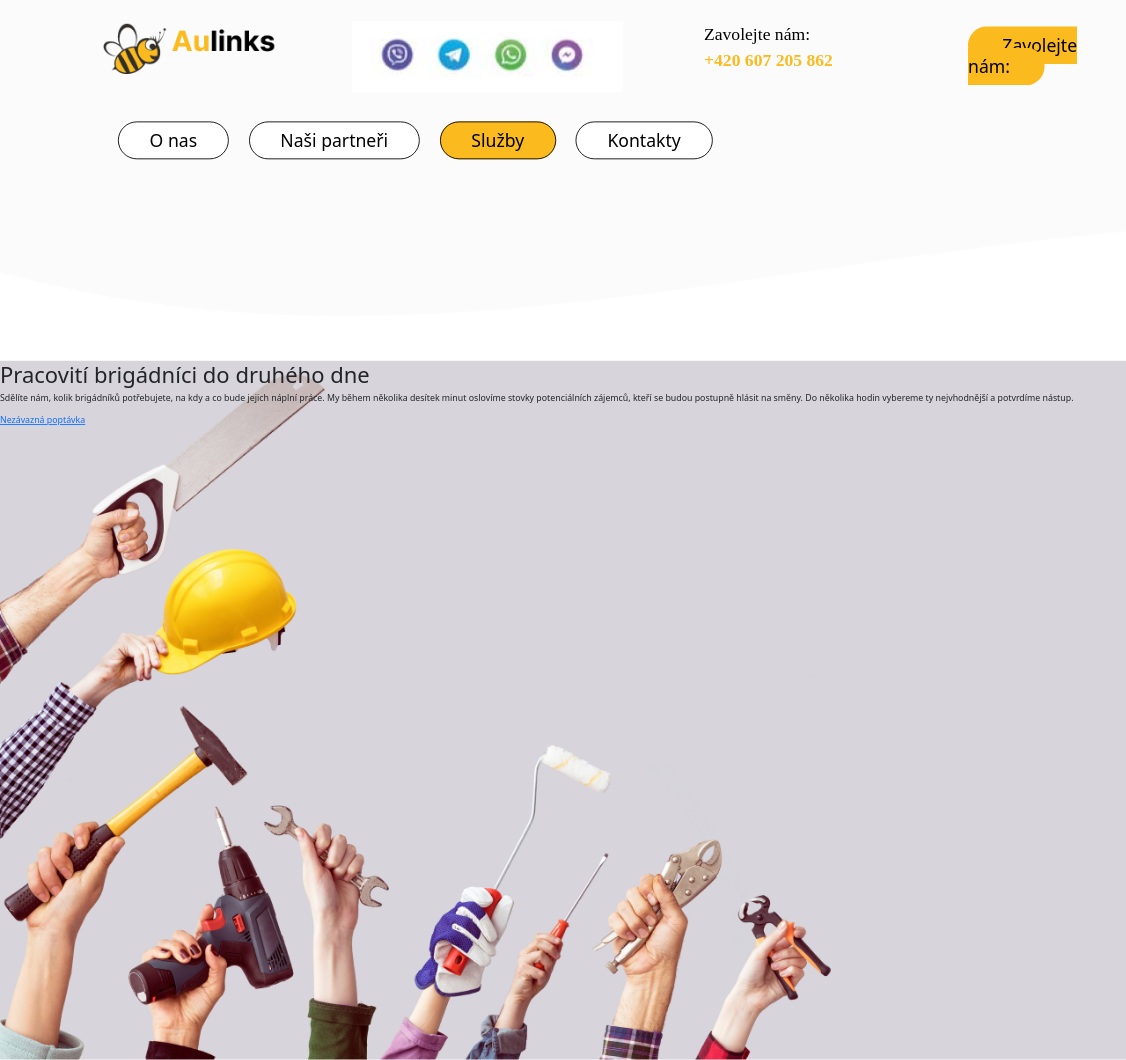
Repository: bilday08/aulinks
Page: index.html
An editor plug-in stored every save of this project. The page is shown before and after the next save, followed by the edit.
The browser window is 1280 px wide. The pictures show the whole page, at 88% of full size.
Some web fonts or font styles are not loaded; a fallback is used.

Above is the page before, as saved 2022-12-07 02:25:44.

After the next save:
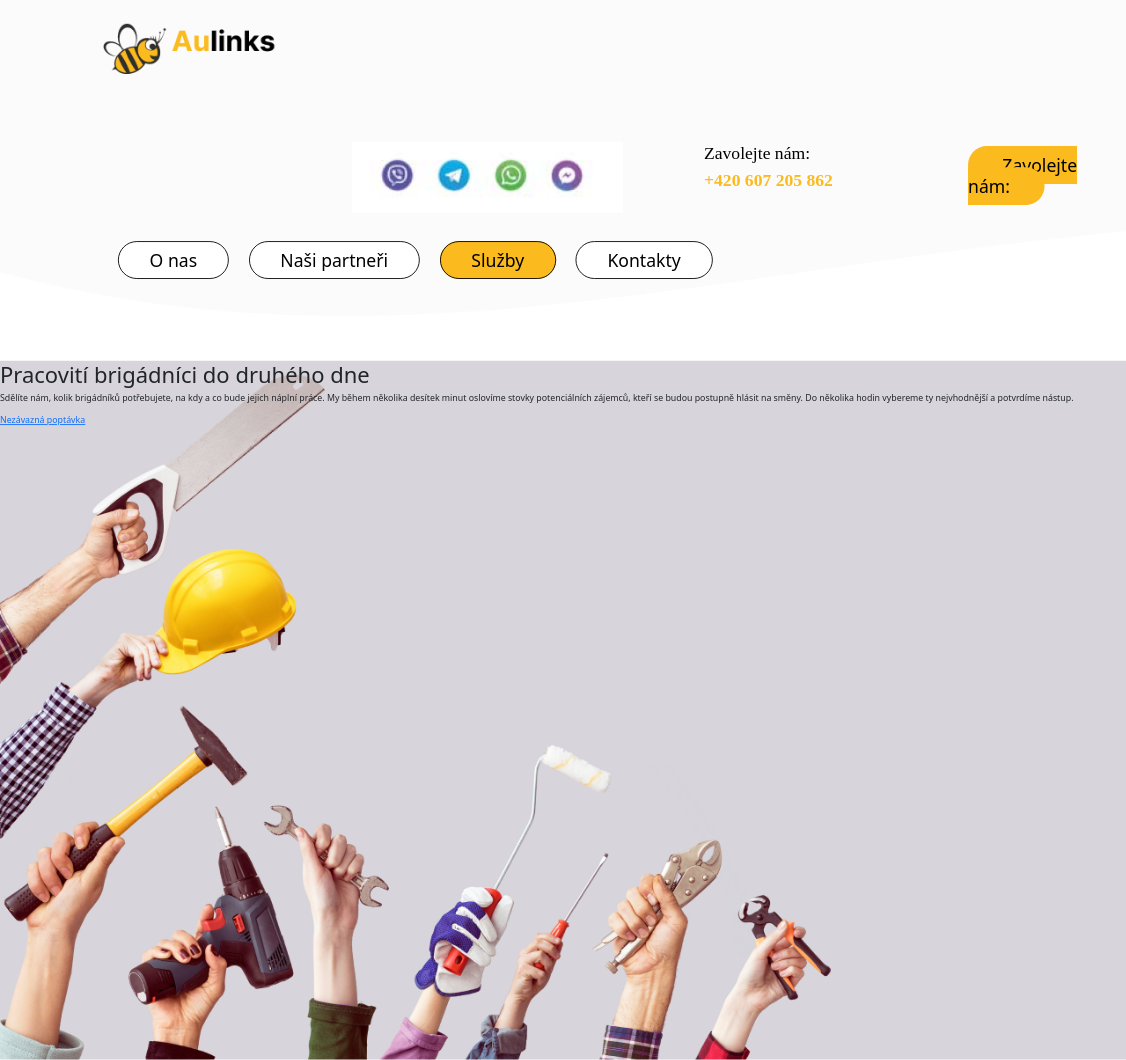
Saved 23 s later.
--- a/style.css
+++ b/style.css
@@ -27,7 +27,7 @@
 }
 .contact_images{
     margin-left: 40rem;
-    margin-top: -7rem;
+    margin-top: 7rem;
     width: 30.8rem;
     height: 8.1rem;
 }

After the save that followed:
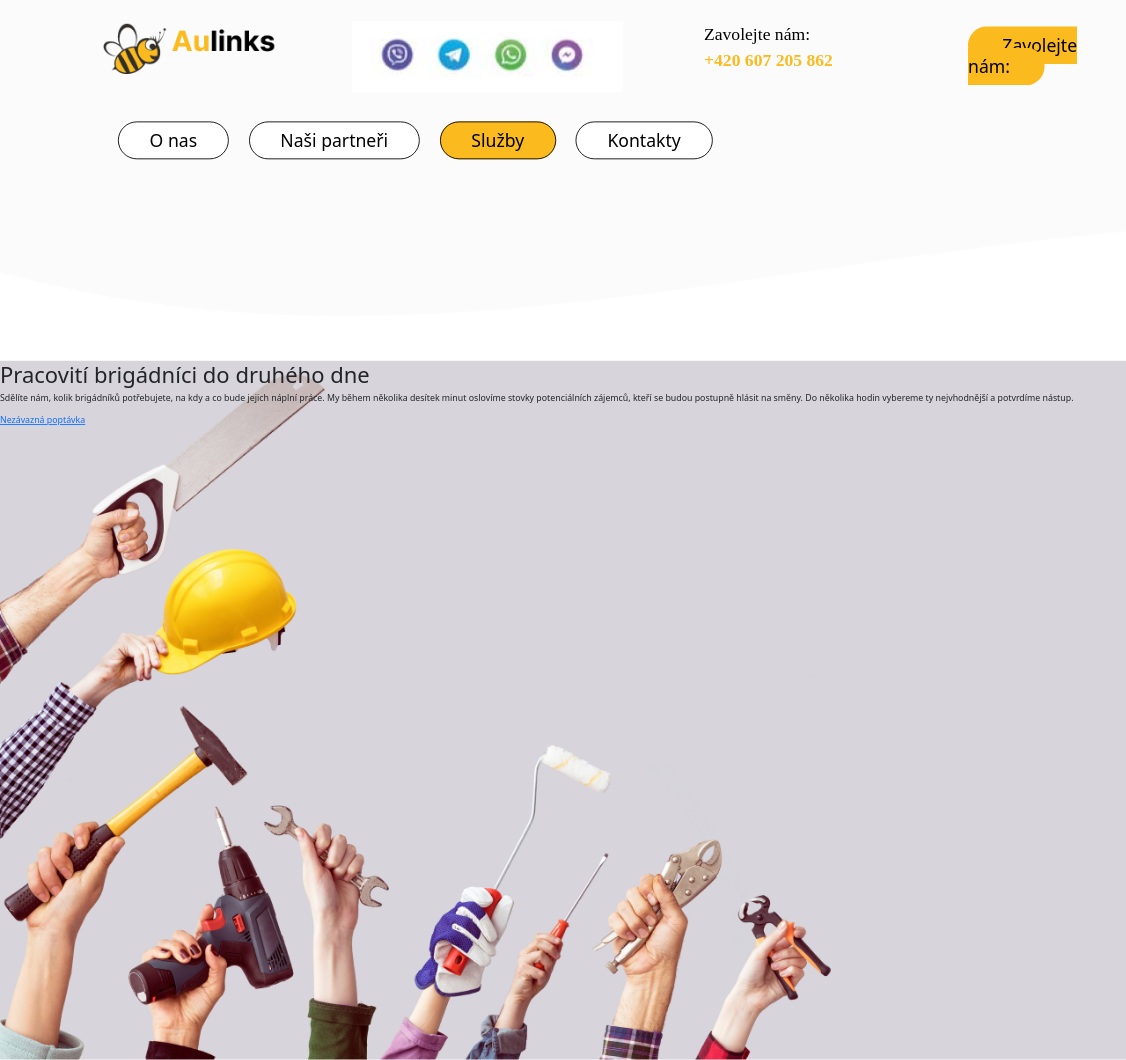
Saved 7 s later.
--- a/style.css
+++ b/style.css
@@ -27,7 +27,7 @@
 }
 .contact_images{
     margin-left: 40rem;
-    margin-top: 7rem;
+    margin-top: -7rem;
     width: 30.8rem;
     height: 8.1rem;
 }
